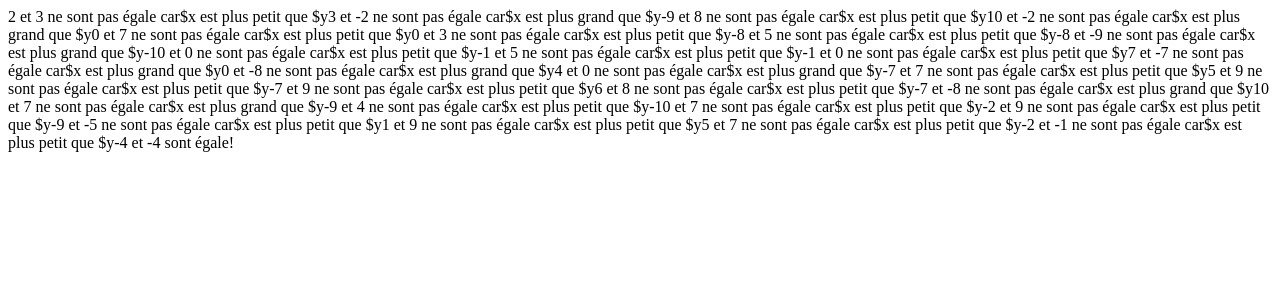
Repository: QuentinFayt/base-php-2021
Page: http://localhost/09-conditions.php
An editor plug-in stored every save of this project. The page is shown before and after the next save, followed by the edit.
The browser window is 1280 px wide. The pictures show the whole page.
The page is run by PHP 8.4 with error messages shown; the project is at /var/www/html/.

Above is the page before, as saved 2021-09-03 09:58:47.

### 09-conditions.php
<?php

do {
    $x = mt_rand(-10, 10);
    $y = mt_rand(-10, 10);
    if ($x === $y) {
        echo "$x et $y sont égale!</br>";
    } else {
        echo "$x et $y ne sont pas égale car";
        $x < $y ? $z = '$x est plus petit que $y' : $z = '$x est plus grand que $y';
        echo $z;
    }
} while ($x !== $y);

After the next save:
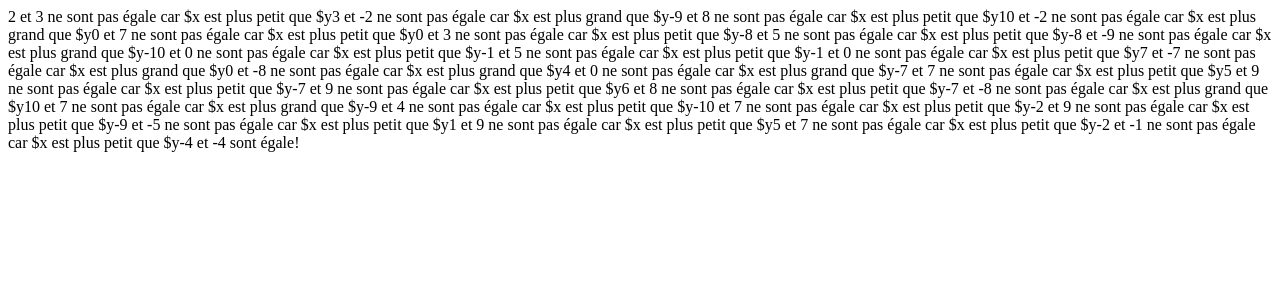
Saved 4 s later.
--- a/09-conditions.php
+++ b/09-conditions.php
@@ -7,7 +7,7 @@ do {
         echo "$x et $y sont égale!</br>";
     } else {
         echo "$x et $y ne sont pas égale car";
-        $x < $y ? $z = '$x est plus petit que $y' : $z = '$x est plus grand que $y';
+        $x < $y ? $z = ' $x est plus petit que $y' : $z = ' $x est plus grand que $y';
         echo $z;
     }
 } while ($x !== $y);
